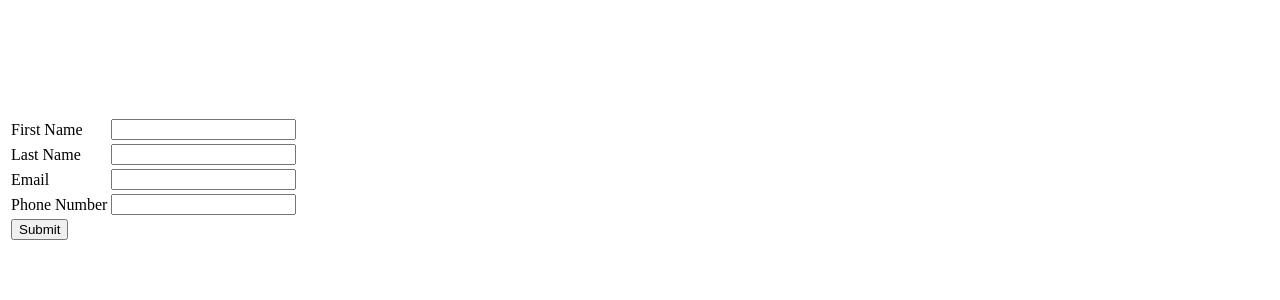
Repository: Jeevith-U/Advance-Java
Page: http://localhost/JSPTags/login1.jsp
An editor plug-in stored every save of this project. The page is shown before and after the next save, followed by the edit.
The browser window is 1280 px wide. The pictures show the whole page.
The page is served by Tomcat 9. Other server files are loaded and not shown.

Above is the page before, as saved 2023-08-19 04:06:15.

### JSPTags/src/main/webapp/login1.jsp
<%@ page language="java" contentType="text/html; charset=ISO-8859-1"
	pageEncoding="ISO-8859-1"%>
<!DOCTYPE html>
<html>
<head>
<meta charset="ISO-8859-1">
<title>Insert title here</title>
</head>
<body>

	<form action="read" method="get" border = "" style="" >

		<table>
			<tr>
				<td><label for="fname">First Name</label></td>
				<td><input type="text" id="fname" name="fname"></td>
			</tr>
			<br>
			<br>
			<tr>
				<td><label for="lname">Last Name</label></td>
				<td><input type="text" id="lname" name="lname"></td>
			</tr>
			<br>
			<br>
			<tr>
				<td><label for="email">Email</label></td>
				<td><input type="email" id="email" name="email"></td>
			</tr>
			<tr>
				<td><label for="tel">Phone Number</label></td>
				<td><input type="tel" id="tel" name="tel"></td>
			</tr>
			<br>
			<br>
			<tr>
				<td><input type="submit" value="Submit"></td>
			</tr>
		</table>
	</form>
</body>
</html>

After the next save:
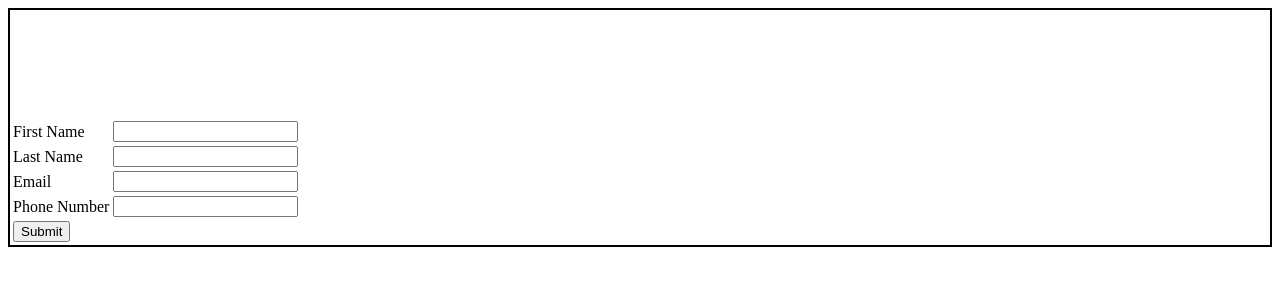
Saved 13 s later.
--- a/JSPTags/src/main/webapp/login1.jsp
+++ b/JSPTags/src/main/webapp/login1.jsp
@@ -8,7 +8,7 @@
 </head>
 <body>
 
-	<form action="read" method="get" border = "" style="" >
+	<form action="read" method="get" border = "" style="border: 2px solid;" >
 
 		<table>
 			<tr>
